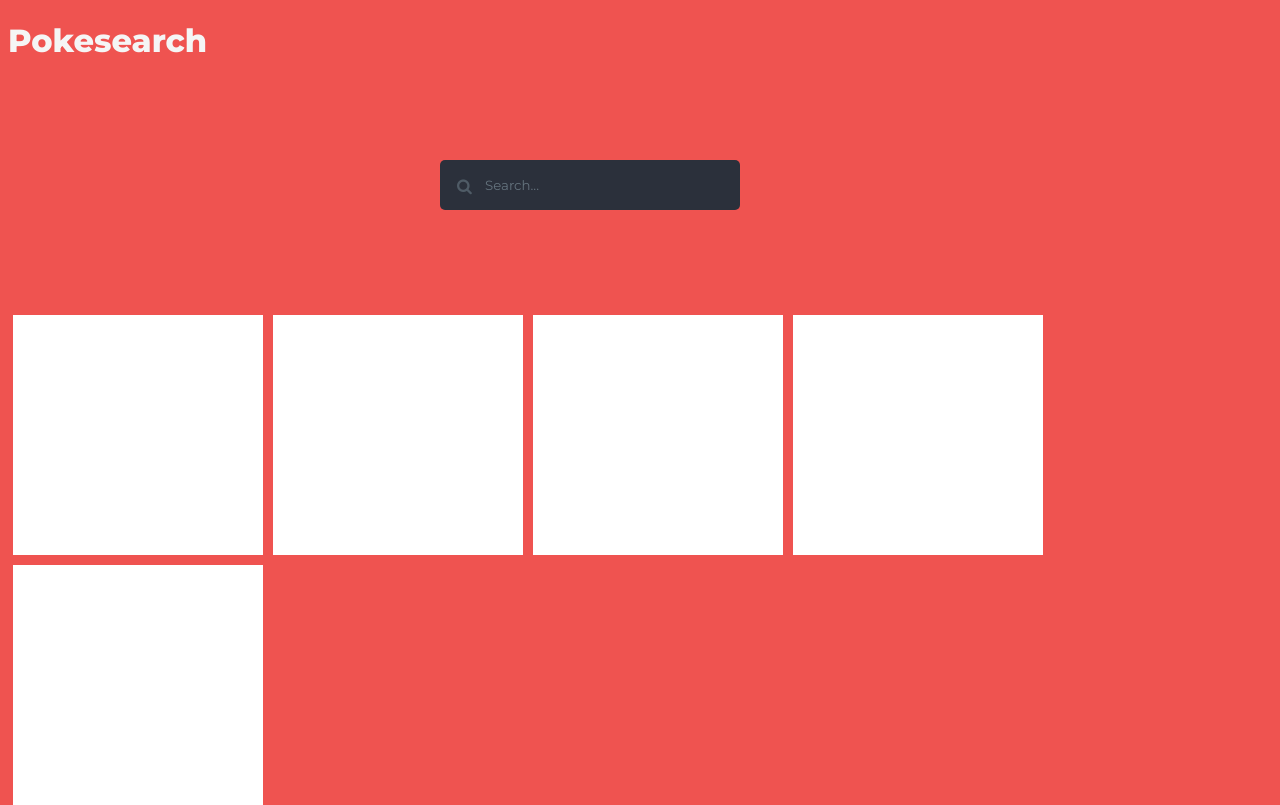
Repository: byjuliogomes/pokebyte
Page: index.html
An editor plug-in stored every save of this project. The page is shown before and after the next save, followed by the edit.
The browser window is 1280 px wide. The pictures show the whole page.
The pointer rests on the first visible `.container-1 input#search`.
Some web libraries are served in a nearby version.

Above is the page before, as saved 2020-06-04 10:08:34.

### index.html
<!DOCTYPE html>
<html lang="pt-br">
<head>
    <meta charset="UTF-8">
    <meta name="viewport" content="width=device-width, initial-scale=1.0">
    <title>Pokesearch</title>
    <link rel="stylesheet" href="app.css">
    <link href="https://fonts.googleapis.com/css2?family=Montserrat:wght@400;600;800;900&display=swap" rel="stylesheet">
    <link href="//maxcdn.bootstrapcdn.com/font-awesome/4.1.0/css/font-awesome.min.css" rel="stylesheet">
</head>
<body>
    <h1>Pokesearch</h1>
    <div class="box">
        <div class="container-1">
            <span class="icon"><i class="fa fa-search"></i></span>
            <input type="search" id="search" placeholder="Search..." />
        </div>
      </div>
    <section class="container">
        <article class="item article-01">
            Artigo 01
        </article>
        <article class="item article-02">
            Artigo 02
        </article>
        <article class="item article-03">
            Artigo 03
        </article>
        <article class="item article-04">
            Artigo 04
        </article>
        <article class="item article-05">
            Artigo 05
        </article>

    </section>
    <script src="app.js"></script>
</body>
</html>

### app.css
* {
    font-family: 'Montserrat', sans-serif;
}

body {
    background-color: #EF5350;
    color: whitesmoke;
}

.container {
    height: 200px;
    display: flex;
    flex-wrap: wrap;
    flex-flow: row wrap;
    justify-content: flex-start;
    align-content: stretch;
}

.item{
    background-color: white;
    color: #ffff;
    padding: 20px;
    margin: 5px;
    width: 210px;
    height: 200px;
}

.box{
    margin: 100px auto;
    width: 400px;
    height: 50px;
  }

.container-1{
    width: 300px;
    vertical-align: middle;
    white-space: nowrap;
    position: relative;
}

.container-1 input#search{
    width: 300px;
    height: 50px;
    background: #2b303b;
    border: none;
    font-size: 10pt;
    float: left;
    color: #63717f;
    padding-left: 45px;
    -webkit-border-radius: 5px;
    -moz-border-radius: 5px;
    border-radius: 5px;
  }

  .container-1 input#search::-webkit-input-placeholder {
    color: #65737e;
 }

 .container-1 input#search:-moz-placeholder { /* Firefox 18- */
    color: #65737e;
 }

 .container-1 input#search::-moz-placeholder {  /* Firefox 19+ */
    color: #65737e;
 }

 .container-1 input#search:-ms-input-placeholder {
    color: #65737e;
 }

 .container-1 .icon{
    position: absolute;
    top: 50%;
    margin-left: 17px;
    margin-top: 17px;
    z-index: 1;
    color: #4f5b66;
  }

### app.js
const fetchPokemon = () => {

};

After the next save:
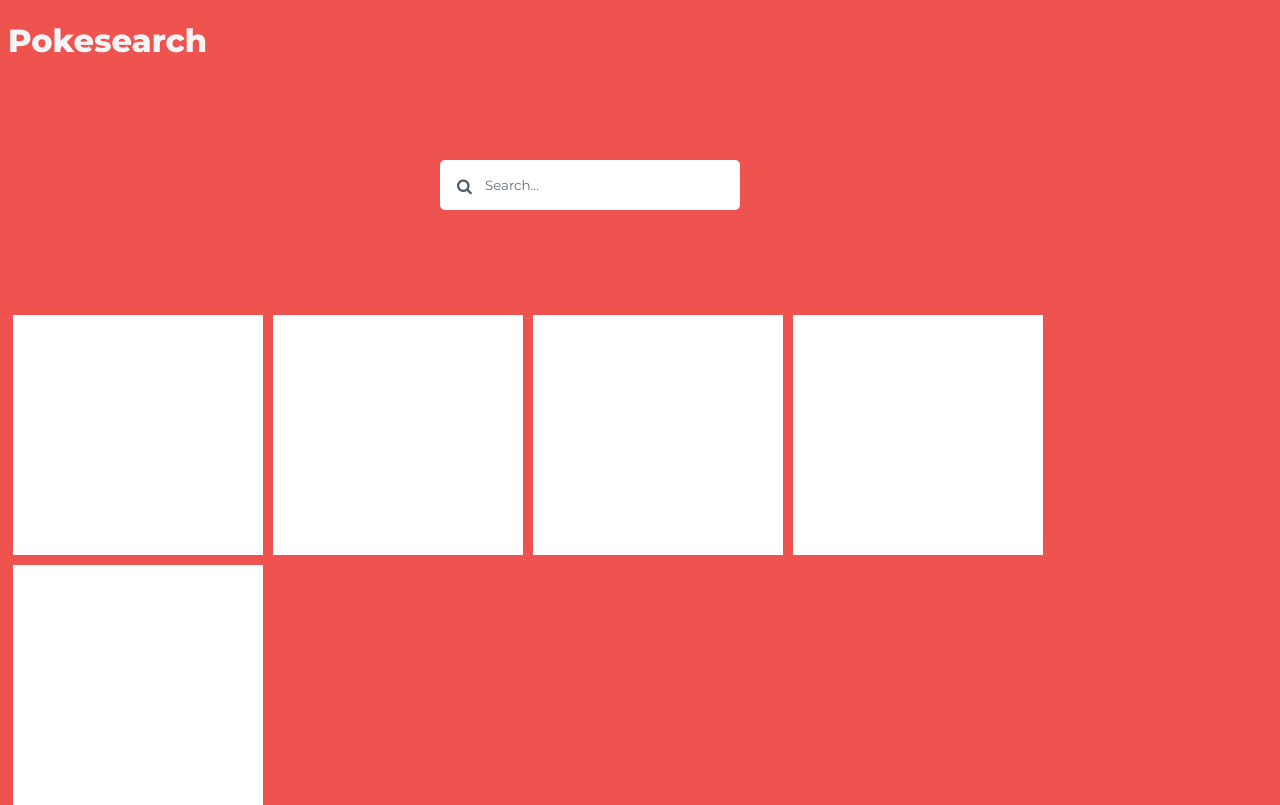
Saved 78 s later.
--- a/app.css
+++ b/app.css
@@ -76,3 +76,8 @@
     z-index: 1;
     color: #4f5b66;
   }
+
+  .container-1 input#search:hover, .container-1 input#search:focus, .container-1 input#search:active{
+    outline:none;
+    background: #ffffff;
+  }
